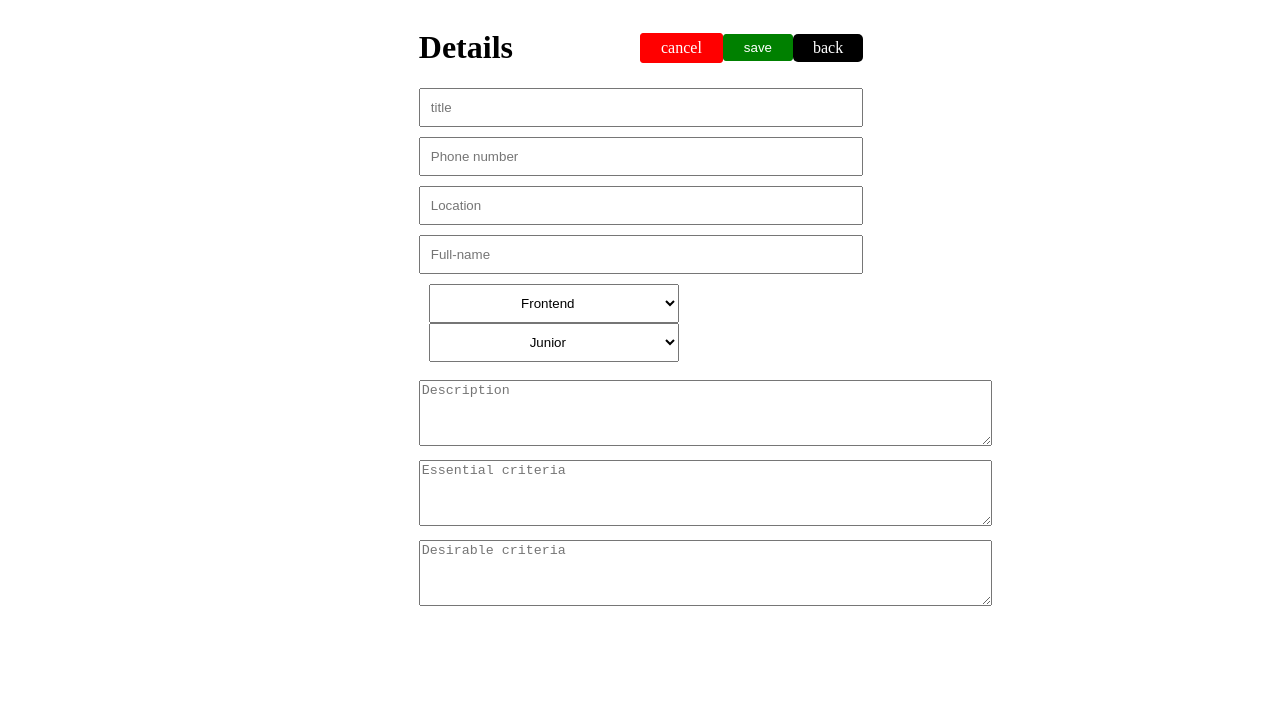
Repository: ismoil3/todo-users
Page: add/add.html
These files come from the project's save history. The page is drawn as it stood at one moment and after a run of saves; the edit follows.
The browser window is 1280 px wide. The pictures show the whole page.
The page's requests for data from a server got no answer.

Above is the page before, as saved 2024-08-23 12:44:26.

### add/add.html
<!DOCTYPE html>
<html lang="en">
  <head>
    <meta charset="UTF-8" />
    <meta name="viewport" content="width=device-width, initial-scale=1.0" />
    <title>Document</title>
    <link rel="stylesheet" href="ad.css" />
    <link rel="icon" href="/image.png">
  </head>
  <body>
    <div class="main">
      <form action="" class="formAdd">
        <div class="btns">
          <h1>Details</h1>
          <div class="btns b">
            <a href="/admin page/admin.html" class="cancel">cancel</a>
            <button type="submit" class="save">save</button>
            <a class="sav" href="/admin page/admin.html">back</a>
          </div>
        </div>
        <input type="text" maxlength="15" name="title" placeholder="title" /><br />
        <!-- <input type="date" name="data" placeholder="Closing data"><br> -->
        <input type="text" maxlength="15" name="Phone" placeholder="Phone number" /><br />
        <input type="text" maxlength="15" name="location" placeholder="Location" /><br />
        <input type="text" maxlength="20" name="app" placeholder="Full-name" /><br />
        <select name="" id="" class="select1">
          <option value="Frontend">Frontend</option>
          <option value="Backend">Backend</option>
        </select>
        <select name="" id="" class="select2">
          <option value="Junior">Junior</option>
          <option value="Middle">Middle</option>
          <option value="Senior">Senior</option>
          <option value="Full-stack">Full-stack</option></select
        ><br /><br />
        <textarea
          class="Description"
          id=""
          cols="69"
          rows="4"
          placeholder="Description"
        ></textarea
        ><br />
        <textarea
          class="Essential"
          id=""
          cols="69"
          rows="4"
          placeholder="Essential criteria"
        ></textarea
        ><br />
        <textarea
          class="criteria"
          id=""
          cols="69"
          rows="4"
          placeholder="Desirable criteria"
        ></textarea
        ><br />
        <!-- <textarea name="" id="" cols="69" rows="4" placeholder="Benefits"></textarea><br> -->
      </form>
    </div>
    <script src="https://cdn.jsdelivr.net/npm/axios/dist/axios.min.js"></script>
    <script type="module" src="/add/main.js"></script>
  </body>
</html>

### add/ad.css
.main {
  width: 35%;
  margin: auto;
  /* border: 1px solid black; */
}
input {
  width: 95%;
  padding: 10px;
  margin-bottom: 10px;
}
textarea {
  margin-bottom: 10px;
}
select {
  padding: 10px 20px;
  width: 250px;
  text-align: center;
  margin-left: 10px;
}
.btns {
  display: flex;

  align-items: center;
  justify-content: space-between;
}
.b {
  width: 50%;
  /* border: 1px solid black; */
}
.sav {
  text-decoration: none;
  color: white;
  background-color: black;
  padding: 5px 20px;
  border-radius: 5px;
}
.cancel,
.save {
  padding: 5px 20px;
  text-decoration: none;
  cursor: pointer;
  border-radius: 3px;
}
.cancel {
  border: 1px solid red;
  color: white;
  background-color: red;
}
.save {
  border: 1px solid green;
  color: white;
  background-color: green;
}

### add/main.js
// import { Get } from "../admin page/api.js";
// Get()

import { Get } from "./api.js";
Get();

### add/api.js
// import { Get } from "../search job/api.js";
// const Api="https://66b99bb1fa763ff550f8d5f2.mockapi.io/back/users"

// async function addTaks(obj) {
//     try {
//         const {data}=await axios.post(Api,obj)
//         Get()
//         console.log(obj);
//     } catch (error) {
//         console.error(error);
//     }
// }
// export {addTaks}

const Api = "https://66b99bb1fa763ff550f8d5f2.mockapi.io/back/users";
import { getData } from "./dom.js";

async function Get() {
  try {
    const { data } = await axios.get(Api);
    getData(data);
  } catch (error) {
    console.error(error);
  }
}
async function Delete(idx) {
  try {
    const { data } = await axios.delete(`${Api}/${idx}`);
    Get();
  } catch (error) {}
}
async function addTaks(obj) {
  try {
    const { data } = await axios.post(Api, obj);
    Get();
  } catch (error) {
    console.error(error);
  }
}
export { Get, Delete, addTaks };

### add/dom.js

const select1 = document.querySelector(".select1");
const select2 = document.querySelector(".select2");
const Description = document.querySelector(".Description");
const Essential = document.querySelector(".Essential");
const criteria = document.querySelector(".criteria");

const formAdd = document.querySelector(".formAdd");
import { addTaks } from "./api.js";
formAdd.onsubmit = (event) => {
  event.preventDefault();
  let obj = {
    title: formAdd["title"].value,
    closing: new Date().toISOString().slice(0, 10),
    phone: formAdd["Phone"].value,
    loc: formAdd["location"].value,
    description: Description.value,
    eses: Essential.value,
    crit: criteria.value,
    level:select2.value ,
    Category: select1.value,
    app: formAdd["app"].value,
  };
  addTaks(obj);
  alert("Added Succesfull")
  console.log( formAdd["title"].value);
  console.log( formAdd["Phone"].value);
  console.log( Essential.value);
  console.log( select2.value);

};


// import { Delete } from "./api.js";
// const box = document.querySelector(".box1");
// let idx = null;
function getData(data) {
  //   box.innerHTML = "";
  data.forEach((e, i) => {
    const tr = document.createElement("tr");
    const title = document.createElement("td");
    title.innerHTML = e.title;
    const Category = document.createElement("td");
    Category.innerHTML = e.Category;
    const level = document.createElement("td");
    level.innerHTML = e.level;
    const loc = document.createElement("td");
    loc.innerHTML = e.loc;
    const phone = document.createElement("td");
    phone.innerHTML = e.phone;
    const app = document.createElement("td");
    app.innerHTML = e.app;
    const closing = document.createElement("td");
    closing.innerHTML = e.closing;
    const Action = document.createElement("td");
    const btndelete = document.createElement("button");
    btndelete.innerHTML = "del";
    const btnedit = document.createElement("a");
    btnedit.href = "";
    btnedit.innerHTML = "edit";
    Action.append(btndelete, btnedit);
    tr.append(title, Category, level, loc, phone, app, closing, Action);
    // box.appendChild(tr);
  });
}
export { getData };

After the next 4 saves:
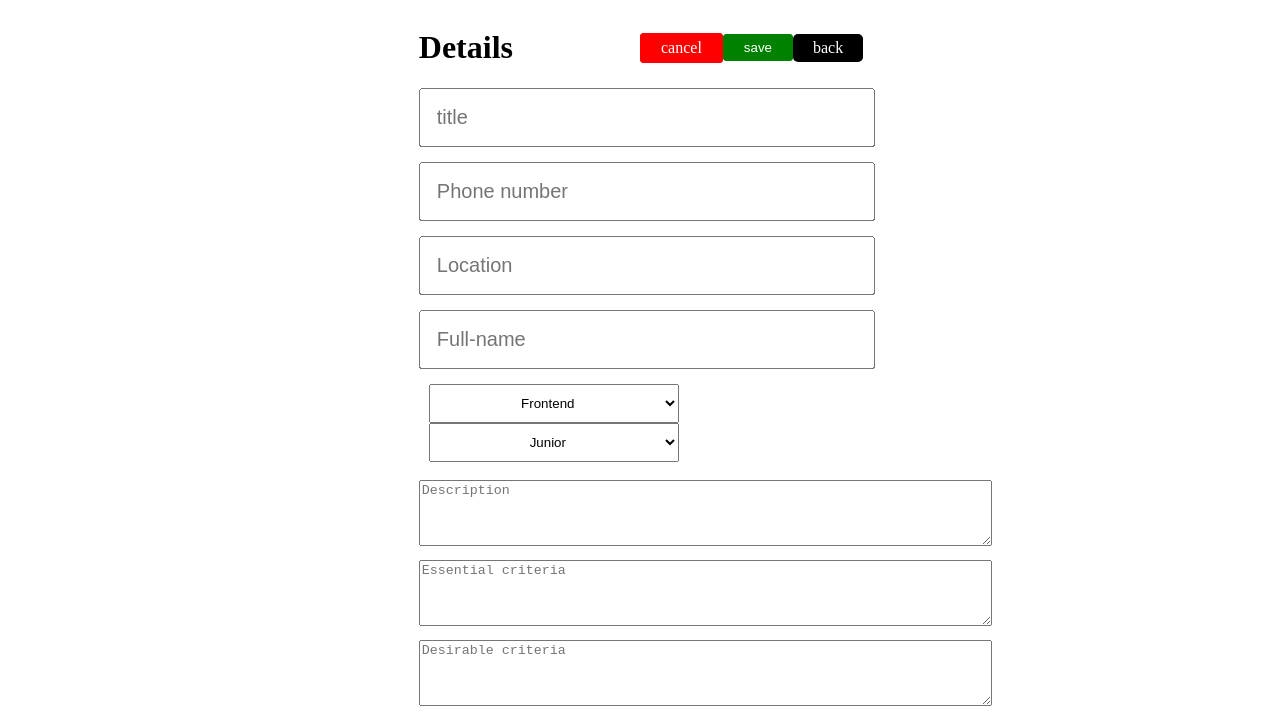
The 4 saves are shown as one change because they came seconds apart.
The last was saved 58 s later.
--- a/add/ad.css
+++ b/add/ad.css
@@ -34,6 +34,9 @@ select {
   padding: 5px 20px;
   border-radius: 5px;
 }
+input{
+  zoom: 1.5;
+}
 .cancel,
 .save {
   padding: 5px 20px;
